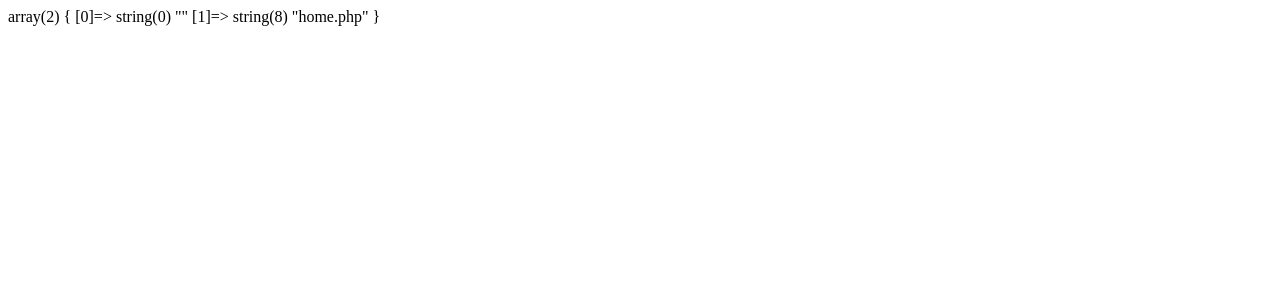
Repository: Aram5864/asdasdasdasdasdasas
Page: http://localhost/home.php
The author's editor kept a copy of each file at every save. The page is drawn from the files as they stood at one save, then again after a run of saves.
The browser window is 1280 px wide. The pictures show the whole page.
The page is run by PHP 8.4 with error messages shown; the project is at /var/www/html/.

Above is the page before, as saved 2022-05-05 17:17:11.

### public/home.php
<?php


       $URI = $_SERVER['REQUEST_URI'];
        $exp = explode('/',$URI);
       var_dump($exp);



?>

After the next 4 saves:
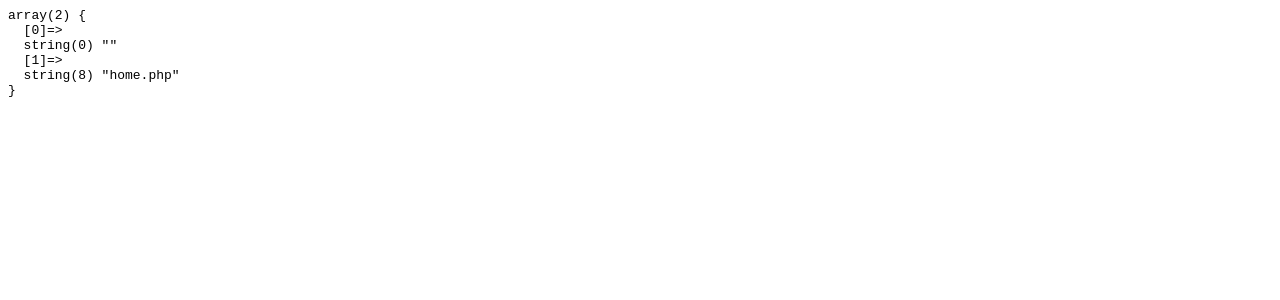
The 4 saves are shown as one change because they came seconds apart.
The last was saved 27 s later.
--- a/public/home.php
+++ b/public/home.php
@@ -1,6 +1,6 @@
 <?php
 
-
+        echo '<pre>';
        $URI = $_SERVER['REQUEST_URI'];
         $exp = explode('/',$URI);
        var_dump($exp);
